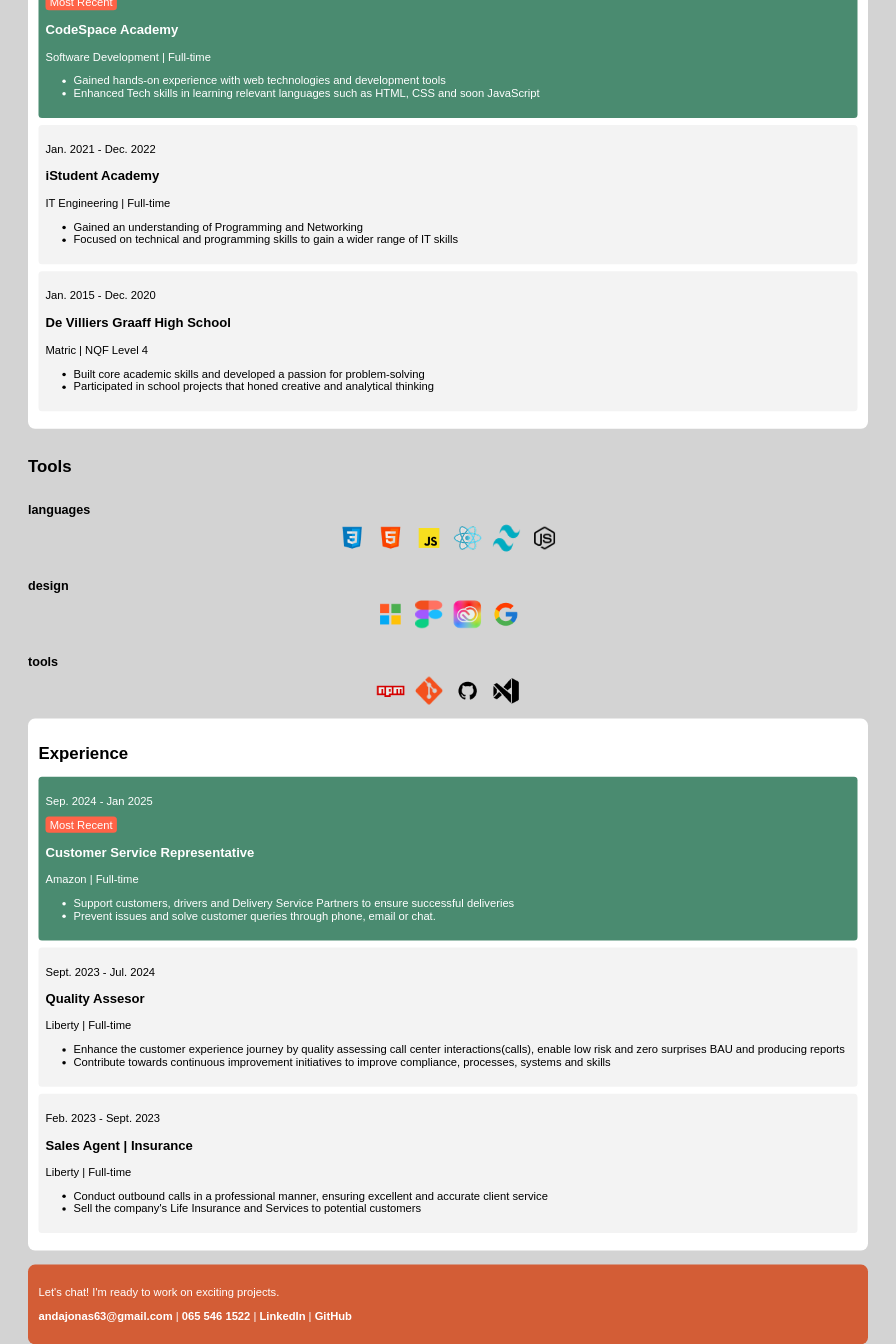
Repository: andajonas/ANDJON25111_fto2502_A2_AndaJonas_SDF_Portfolio_Piece
Page: index.html
An editor plug-in stored every save of this project. The page is shown before and after the next save, followed by the edit.
The browser window is 1280 px wide. The pictures show the part of the page from y = 1602 to 3522 px (the page is 3522 px tall before and 3515 px after), at 70% of full size.
A picture or video elsewhere on the page could not be fetched, so the positions and the page height are approximate.

Above is the page before, as saved 2025-04-04 10:04:54.

After the next save:
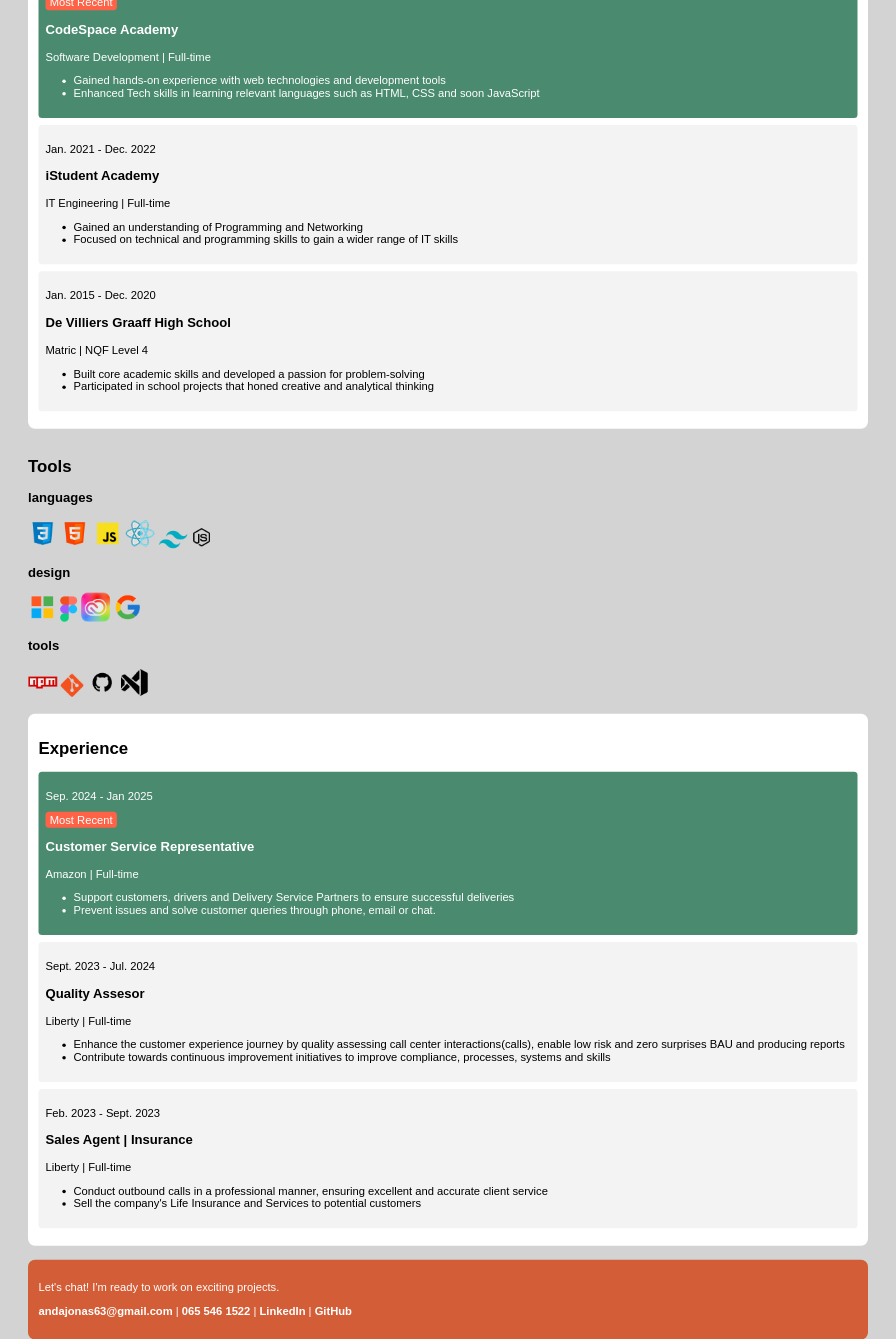
Saved 7 s later.
--- a/styles.css
+++ b/styles.css
@@ -100,7 +100,7 @@ body {
     border-radius: 5px;
     margin-bottom: 10px;
 }
-//
+/*/
 
 .tools {
     background: white;
